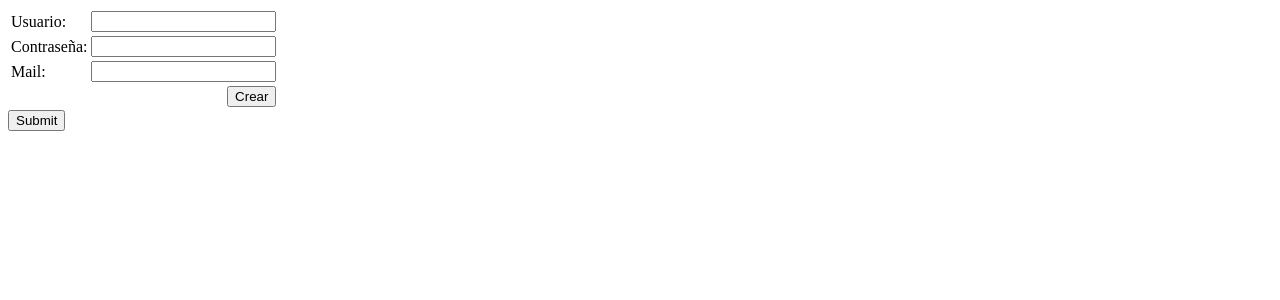
Repository: MaVic14/TP-LDP4
Page: http://localhost/TP2/NuevoUsuario.jsp
The author's editor kept a copy of each file at every save. The page is drawn from the files as they stood at one save, then again after the next save.
The browser window is 1280 px wide. The pictures show the whole page.
The page is served by Tomcat 9.

Above is the page before, as saved 2015-04-06 16:17:43.

After the next save:
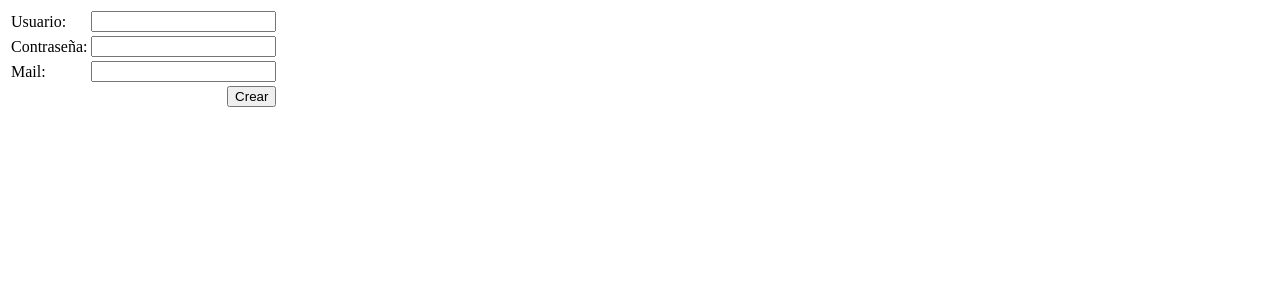
Saved 75 s later.
--- a/TP2/WebContent/NuevoUsuario.jsp
+++ b/TP2/WebContent/NuevoUsuario.jsp
@@ -66,7 +66,7 @@ function verificarYEnviar(){
 				<td> </td> <td align="right"> <input type="button" id="btnSubmit" value="Crear"/> </td>
 			</tr>
 		</table>
-		<input type="submit" id="enviar" name="enviar" style="visibility:'hidden'" />
+		<input type="submit" id="enviar" name="enviar" style="visibility:hidden" />
 	</form>
 </body>
 </html>
